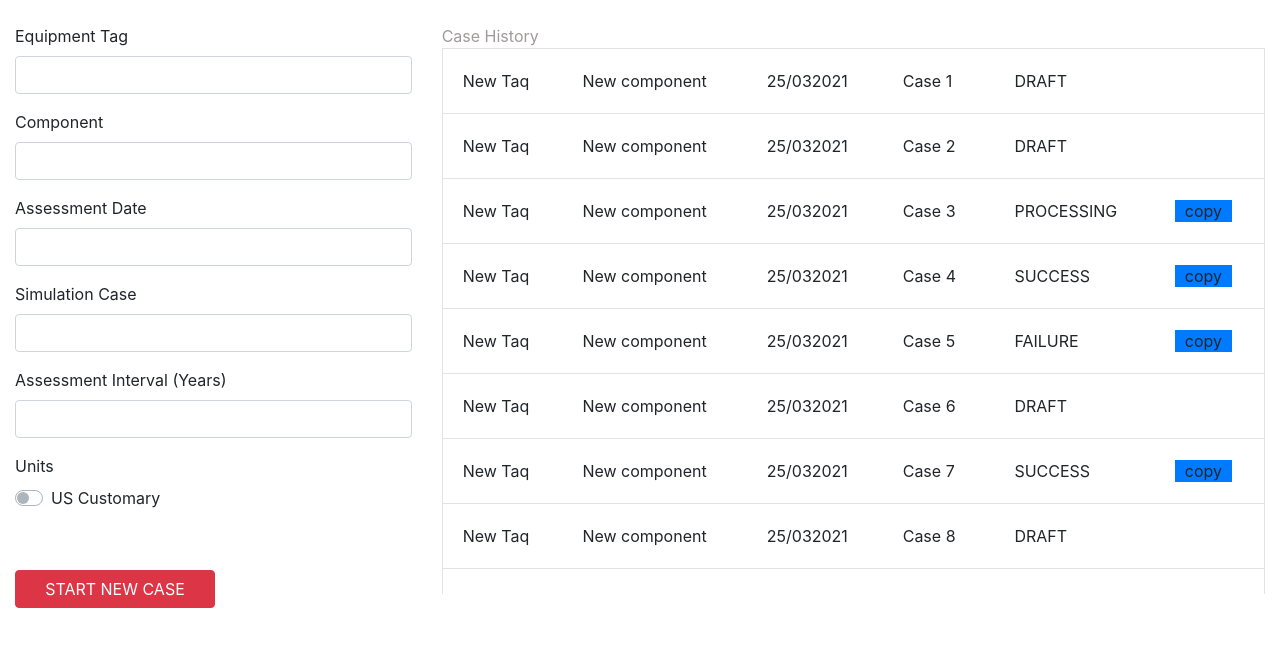
Repository: arif286/dashboard
Page: /
These files come from the project's save history. The page is drawn as it stood at one moment and after the next save; the edit follows.
The browser window is 1280 px wide. The pictures show the whole page.
An inner scrolling area shows only its first screen. The project was rebuilt for these pictures with package versions that can differ from the ones it lists, and the page was loaded fresh each time. The framework's server and built-in components were replaced by stand-ins that run in the browser. Also part of the build but not shown: nuxt.config.js, components/Nav.vue.

Above is the page before, as saved 2021-06-18 19:38:34.

After the next save:
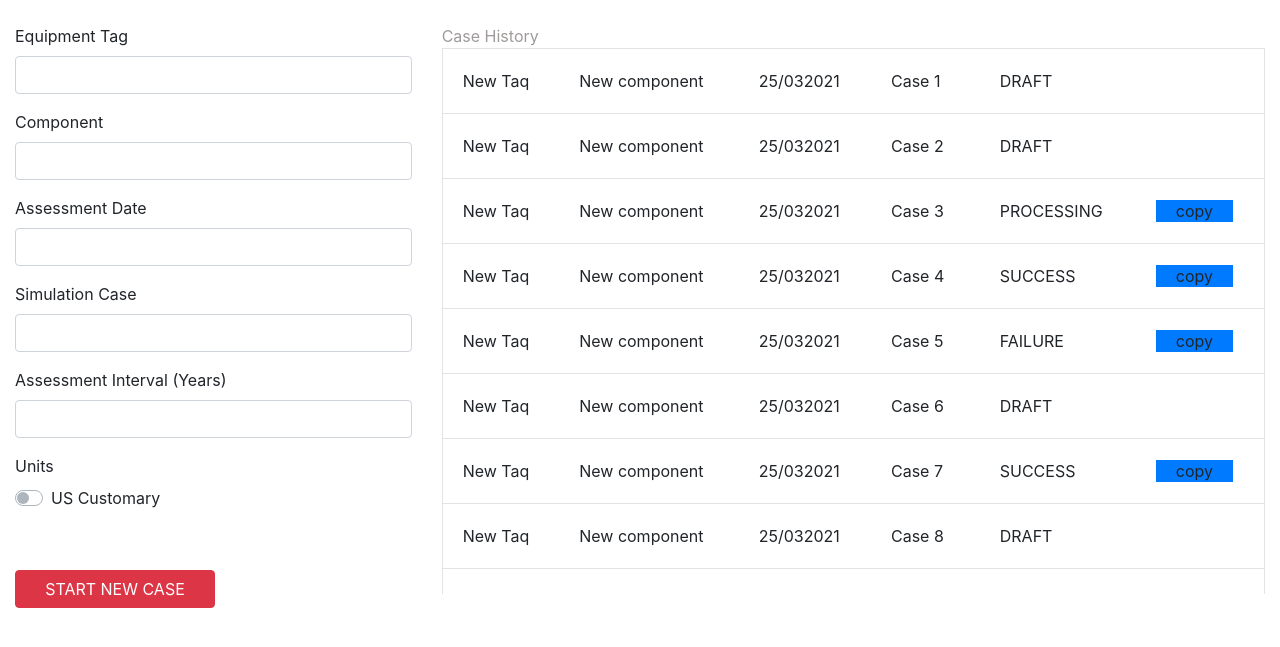
Saved 24 s later.
--- a/components/Table.vue
+++ b/components/Table.vue
@@ -48,6 +48,6 @@ export default {
 }
 .copy-btn{
   background-color: #007bff;
-  padding: 1px 10px;
+  padding: 1px 20px;
 }
 </style>
